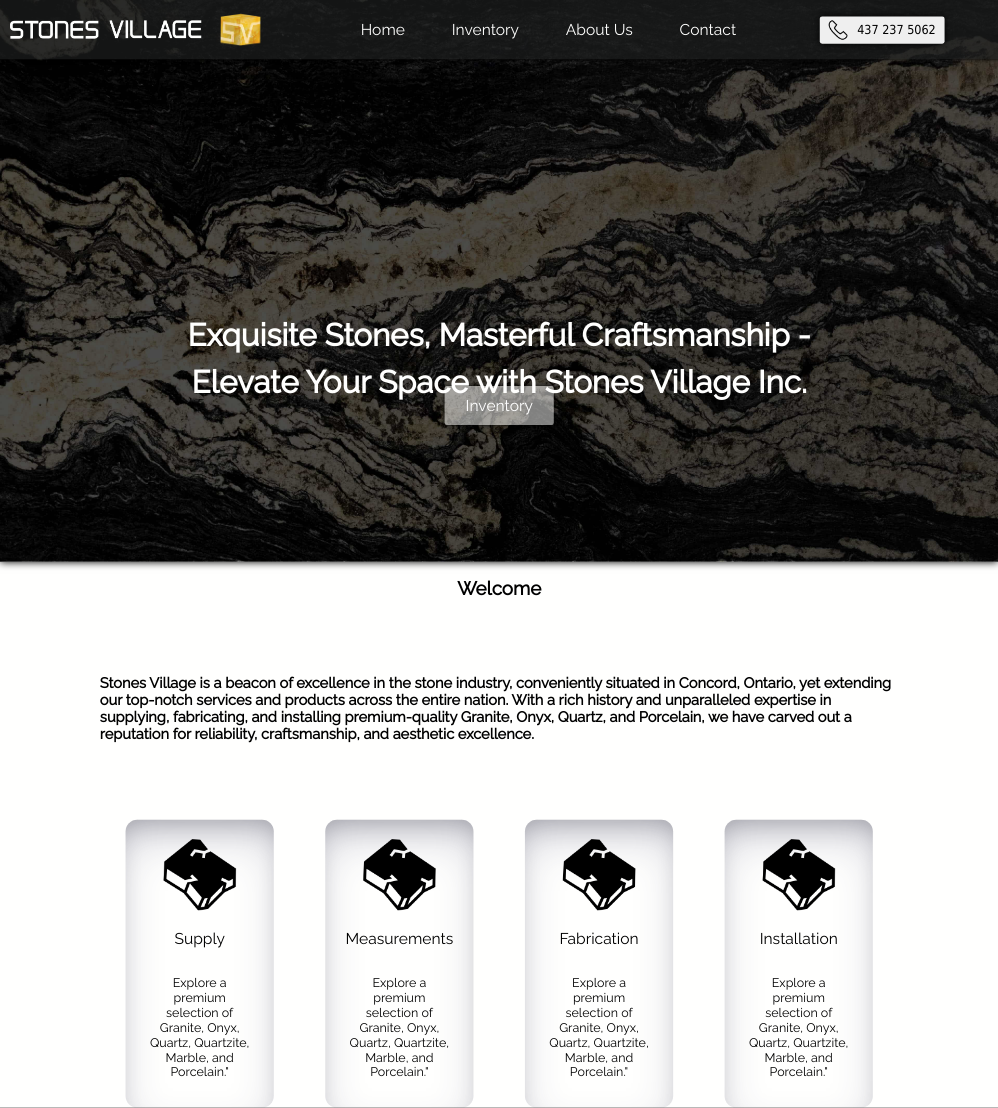
Repository: shayanabedi98/Stones-Village
Page: index.html
An editor plug-in stored every save of this project. The page is shown before and after the next save, followed by the edit.
The browser window is 1280 px wide. The pictures show the whole page, at 78% of full size.
Backgrounds fixed to the window are drawn as part of the page.

Above is the page before, as saved 2023-10-22 16:59:26.

### index.html
<!DOCTYPE html>
<html lang="en">
<head>
    <meta charset="UTF-8">
    <meta name="viewport" content="width=device-width, initial-scale=1.0">
    <title>Stones Village | Home</title>
    <link rel="preconnect" href="https://fonts.googleapis.com">
    <link rel="preconnect" href="https://fonts.gstatic.com" crossorigin>
    <link href="https://fonts.googleapis.com/css2?family=Raleway&display=swap" rel="stylesheet">
    <link rel="stylesheet" href="styles.css">
</head>
<body>
    <div class="navbar">
        <div class="logo">
            <img id="logo-name" src="./resources/sv-name.png" alt="Company name">
            <img id="logo-cube" src="./resources/sv-cube.png" alt="Company logo">
        </div>
        <div class="navbar-menu">
            <ul>
                <li><a href="./">Home</a></li>
                <li><a href="./inventory">Inventory</a></li>
                <li><a href="./about-us">About Us</a></li>
                <li><a href="./contact">Contact</a></li>
            </ul>
        </div>
        <div class="navbar-tel">
            <button><a href="tel:+14372375062">
                <img src="./resources/telephone-svgrepo-com.png" alt="Contact By Number">
                437 237 5062
            </a></button>
        </div>
    </div>
    <div class="grid-container">
        <div class="banner">
            <!-- Background Image -->
        </div>
        <div class="banner-overlay">
            <h1>Exquisite Stones, Masterful Craftsmanship - Elevate Your Space with Stones Village Inc.</h1>
            <button>Inventory</button>
        </div>
        <div class="services-container">
            <h2>Welcome</h2>
            <h3>Stones Village is a beacon of excellence in the stone industry, conveniently situated in Concord, Ontario, yet extending our top-notch services and products across the entire nation. With a rich history and unparalleled expertise in supplying, fabricating, and installing premium-quality Granite, Onyx, Quartz, and Porcelain, we have carved out a reputation for reliability, craftsmanship, and aesthetic excellence.</h3>


            <!-- Free Quotations
Stonica Group Inc. offers no-obligation, comprehensive quotes for all project sizes. Our experts provide a detailed cost estimate, ensuring transparency and no hidden charges.


Measurements
We use advanced tools for precise project measurements, considering the environment and potential challenges to ensure seamless integration of our fabrications into your space.


Fabrication
Our high-quality fabrication service is handled by a skilled team and cutting-edge facilities. We handle various materials and complexities, ensuring the finished product meets the highest industry standards.


Installation
Our trained professionals carry out careful and precise installations. We also perform comprehensive checks post-installation, ensuring a perfect fit and function. Your satisfaction is our ultimate goal. -->
        </div>
        <div class="card-container">
            <div class="card">
                <img src="./resources/stone-tablet-svgrepo-com.png" alt="Icon of Stone Slab">
                <div class="card-text">
                    <p class="card-name">Supply</p>
                    <p class="card-description">Explore a premium selection of Granite, Onyx, Quartz, Quartzite, Marble, and Porcelain."</p>
                </div>
            </div>
            <div class="card">
                <img src="./resources/stone-tablet-svgrepo-com.png" alt="Icon of Stone Slab">
                <div class="card-text">
                    <p class="card-name">Measurements</p>
                    <p class="card-description">Explore a premium selection of Granite, Onyx, Quartz, Quartzite, Marble, and Porcelain."</p>
                </div>
            </div>
            <div class="card">
                <img src="./resources/stone-tablet-svgrepo-com.png" alt="Icon of Stone Slab">
                <div class="card-text">
                    <p class="card-name">Fabrication</p>
                    <p class="card-description">Explore a premium selection of Granite, Onyx, Quartz, Quartzite, Marble, and Porcelain."</p>
                </div>
            </div>
            <div class="card">
                <img src="./resources/stone-tablet-svgrepo-com.png" alt="Icon of Stone Slab">
                <div class="card-text">
                    <p class="card-name">Installation</p>
                    <p class="card-description">Explore a premium selection of Granite, Onyx, Quartz, Quartzite, Marble, and Porcelain."</p>
                </div>
            </div>
        </div>
    </div>
    <script src="./index.js"></script>
</body>
</html>

### styles.css
body {
    background-color: #FFFFFE;
    color: #000000;
    font-family: 'Raleway', sans-serif;
    margin: 0;
    padding: 0;
}

.navbar {
    display: grid;
    grid-template-columns: 0.5fr 1fr 0.5fr;
    background-color: rgba(29, 31, 31, 0.7);
    box-shadow: 0 0 5px 0 rgb(0, 0, 0);
    padding: 10px;
    position: fixed;
    width: 100%;
    z-index: 1;
}

.logo {
    display: flex;
    align-items: center;
    justify-content: center;
}

#logo-cube {
    height: 42px;
    margin-left: 20px;
    cursor: pointer;
}

#logo-name {
    height: 28px;
    cursor: pointer;
}

.navbar-menu {
    display: grid;
    align-items: end;
}

.navbar-menu ul {
    display: flex;
    align-content: center;
    justify-content: center;
    list-style-type: none;
}

.navbar-menu a {
    text-decoration: none;
    color: #FFFFFE;
    font-size: 20px;
    margin-left: 60px;
}

.navbar-menu a:hover {
    color: #E0B739;
    transition: 0.3s;
    border-bottom: 8px solid #E0B739;
}

.navbar-menu a:not(:hover) {
    color: #FFFFFE;
    border-bottom: 0px;
    transition: 0.3s;
}

.navbar-tel {
    display: flex;
    justify-content: center;
    align-items: center;
}

.navbar-tel button {
    height: 35px;
    width: 160px;
    border: none;
    border-radius: 3px;
    box-shadow: 0 0 10px 0 rgb(0, 0, 0);
}

.navbar-tel img {
    height: 25px;
    margin-right: 12px;
}

.navbar-tel a {
    text-decoration: none;
    color: black;
    font-family: Tahoma, Verdana, sans-serif;
    font-size: 16px;
    display: flex;
    align-items: center;
    justify-content: center;
}

.banner {
    background-attachment: fixed;
    height: 100vh;
    background-size: 2100px;
    background-repeat: no-repeat;
    background-position: 0 -400px;
    transition: opacity 1s ease-in-out, background-size 0s, background-position 0s;
}

.banner-overlay {
    background-color: rgba(0, 0, 0, 0.7);
    box-shadow: 0 0 10px 0 black;
    display: grid;
    grid-template-rows: 0.8fr 1fr;
    justify-items: center;
    align-items: center;
    text-align: center;
    position: absolute;
    height: 100vh;
    width: 100%;
    top: 0;
}

.banner-overlay h1 {
    margin: 0;
    color: #FFFFFE;
    position: relative;
    font-size: 40px;
    top: 300px;
    width: 70%;
    line-height: 60px;
}

.banner-overlay button {
    font-family: 'Raleway', sans-serif;
    background-color: rgba(255, 255, 254, 0.5);
    color: white;
    border: none;
    border-radius: 3px;
    font-size: 20px;
    width: 140px;
    height: 50px;
    box-shadow: 0 0 2px 0 black;
    cursor: pointer;
}

.banner-overlay button:hover {
    box-shadow: 0 0 15px 0 black;
    background-color: rgb(224, 183, 57);
    transition: 0.3s;
}

.banner-overlay button:not(:hover) {
    box-shadow: 0 0 5px 0 black;
    transition: 0.3s;
}

.services-container {
    display: grid;
    grid-template-rows: 1fr 1fr;
    justify-items: center;
    margin-top: 80px;
    width: 80%;
}

.services-container, .card-container {
    margin: 0 auto;
}

.services-container h2, h3 {
    display: grid;
    justify-items: center;
}

.card-container {
    display: grid;
    width: 80%;
    grid-template-columns: repeat(4, 1fr);
    justify-items: center;
    margin-top: 80px;
}

.card {
    width: 70%;
    display: grid;
    justify-items: center;
    border-radius: 15px;
    box-shadow: rgba(50, 50, 93, 0.25) 0px 30px 60px -12px inset, rgba(0, 0, 0, 0.3) 0px 18px 36px -18px inset;
    padding: 20px 5px;
}

.card img {
    height: 100px;
}

.card-text {
    display: grid;
    text-align: center;
    justify-items: center;
}

.card-name {
    font-size: 20px;
}

.card-description {
    width: 75%;
}

### index.js
const banner = document.querySelector('.banner');
const bannerImg = ['./resources/aaron-huber-G7sE2S4Lab4-unsplash.jpg', './resources/black-marble-texture2-min2.jpg', './resources/engin-akyurt-m555vEfryhE-unsplash.jpg', './resources/marble-2398956_1920.jpg'];
let bannerImgIndex = 0;
const logoName = document.querySelector('#logo-name');
const logoCube = document.querySelector('#logo-cube');
const navbar = document.querySelector('.navbar');

logoCube.addEventListener('click', () => {
    window.location.replace('./')
})

logoCube.addEventListener('mouseover', () => {
    navbar.style.backgroundColor = 'rgba(224, 183, 57,0.3)'
    navbar.style.transition = '4s'
})

logoCube.addEventListener('mouseout', () => {
    navbar.style.backgroundColor = 'rgba(29, 31, 31, 0.7)'
    navbar.style.transition = '2s'
})

logoName.addEventListener('click', () => {
    window.location.replace('./')
})

logoName.addEventListener('mouseover', () => {
    navbar.style.backgroundColor = 'rgba(224, 183, 57,0.3)'
    navbar.style.transition = '4s'
})

logoName.addEventListener('mouseout', () => {
    navbar.style.backgroundColor = 'rgba(29, 31, 31, 0.7)'
    navbar.style.transition = '2s'
})

const bannerImgChanger = () => {
    banner.style.opacity = '0'
    bannerImgIndex = (bannerImgIndex + 1) % bannerImg.length;
    banner.style.background = `url(${bannerImg[bannerImgIndex]})`;

    if (bannerImgIndex === 0) {
        banner.style.backgroundSize = '2100px';
        banner.style.backgroundPosition = '0 -400px'
        banner.style.backgroundAttachment = 'fixed';
        banner.style.opacity = '1'
        banner.style.transition = 'opacity 1s ease-in, background-size 0s, background-position 0s;';
        setTimeout(() => {
            banner.style.opacity = '0'
        }, 7000)

    } else if (bannerImgIndex === 1) {
        banner.style.backgroundSize = '2000px';
        banner.style.backgroundAttachment = 'fixed';
        banner.style.opacity = '1'
        banner.style.transition = 'opacity 1s ease-in, background-size 0s, background-position 0s;';
        setTimeout(() => {
            banner.style.opacity = '0'
        }, 7000)

    } else if (bannerImgIndex === 2) {
        banner.style.backgroundAttachment = 'fixed';
        banner.style.opacity = '1'
        banner.style.transition = 'opacity 1s ease-in, background-size 0s, background-position 0s;';
        setTimeout(() => {
            banner.style.opacity = '0'
        }, 7000)
    } else if (bannerImgIndex === 3) {
        banner.style.backgroundAttachment = 'fixed';
        banner.style.opacity = '1'
        banner.style.transition = 'opacity 1s ease-in, background-size 0s, background-position 0s;';
        setTimeout(() => {
            banner.style.opacity = '0'
        }, 7000)
    }
};

bannerImgChanger();

setInterval(bannerImgChanger, 8000)

After the next save:
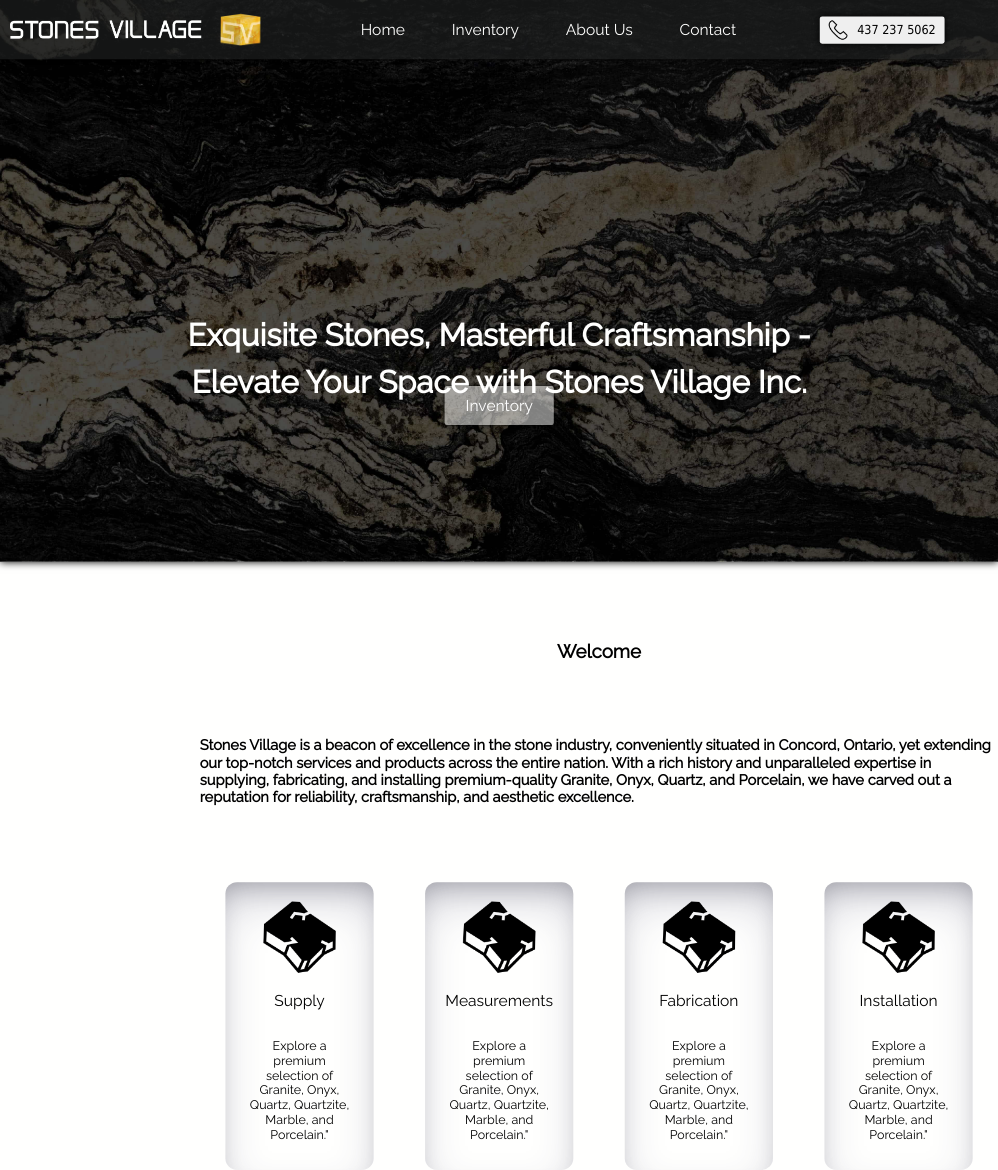
Saved 23 s later.
--- a/styles.css
+++ b/styles.css
@@ -160,7 +160,7 @@ body {
 }
 
 .services-container, .card-container {
-    margin: 0 auto;
+    margin-left: auto;
 }
 
 .services-container h2, h3 {
